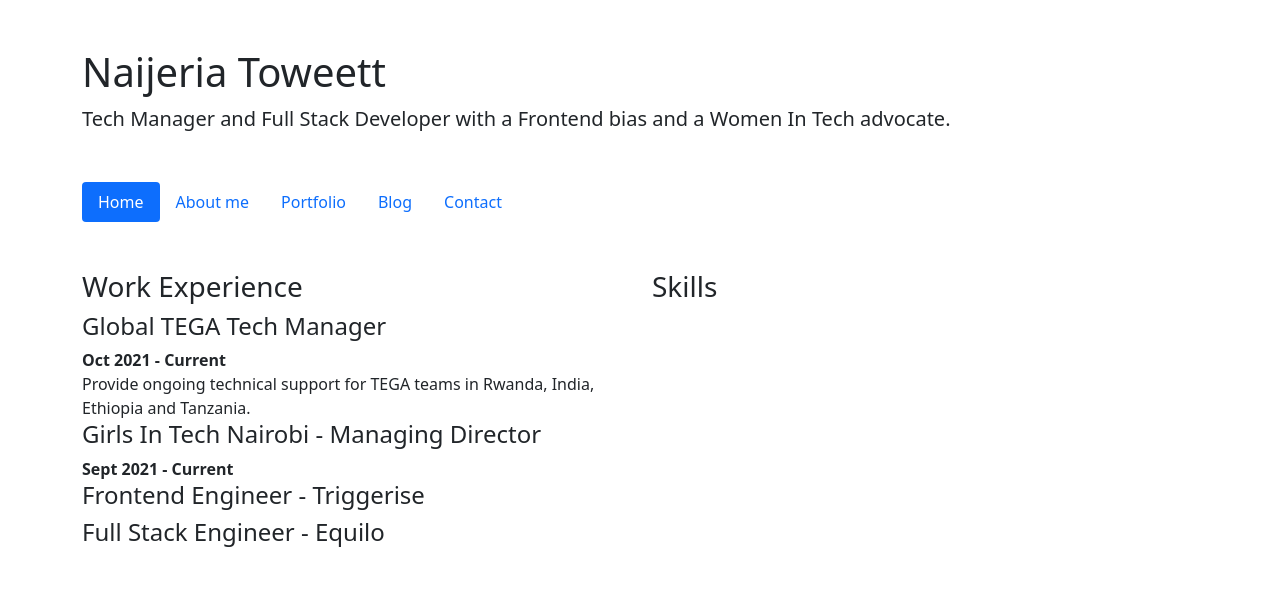
Repository: mamatechafrica/portfolio
Page: index.html
The author's editor kept a copy of each file at every save. The page is drawn from the files as they stood at one save, then again after a run of saves.
The browser window is 1280 px wide. The pictures show the whole page.

Above is the page before, as saved 2022-01-04 14:06:30.

After the next 3 saves:
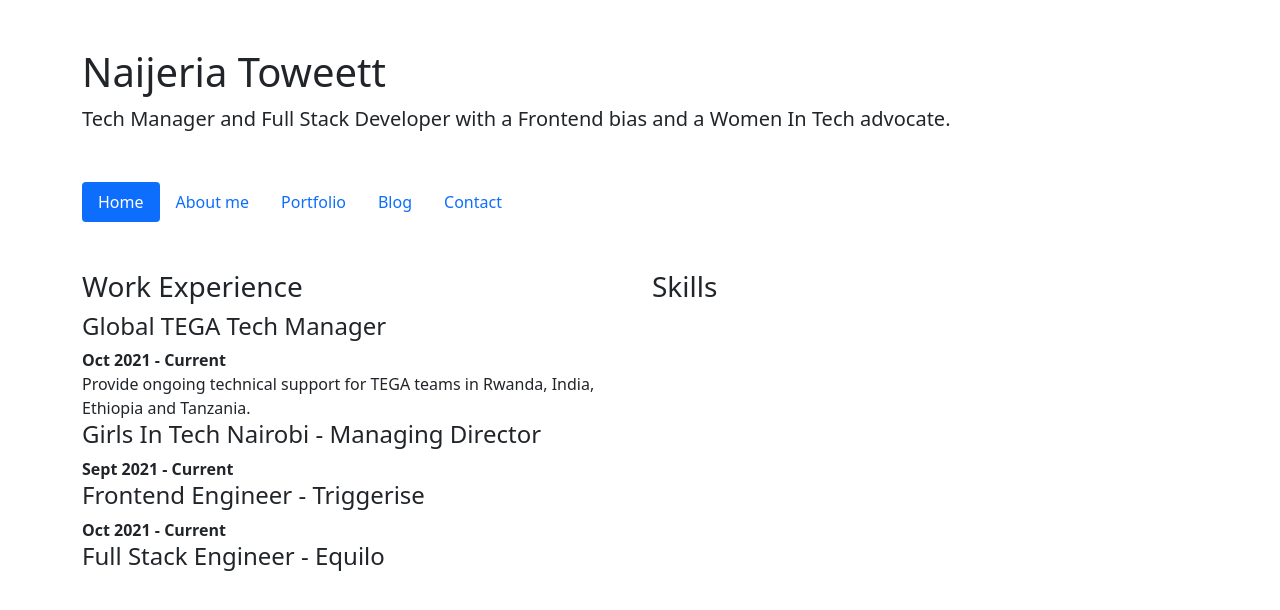
The 3 saves are shown as one change because they came seconds apart.
The last was saved 15 s later.
--- a/index.html
+++ b/index.html
@@ -54,6 +54,9 @@
                         <strong>Sept 2021 - Current</strong>
                     </div>
                     <h4>Frontend Engineer - Triggerise</h4>
+                    <div>
+                        <strong>Oct 2021 - Current</strong>
+                    </div>
                     <h4>Full Stack Engineer - Equilo</h4>
                 </div>
                 <div class="col">
